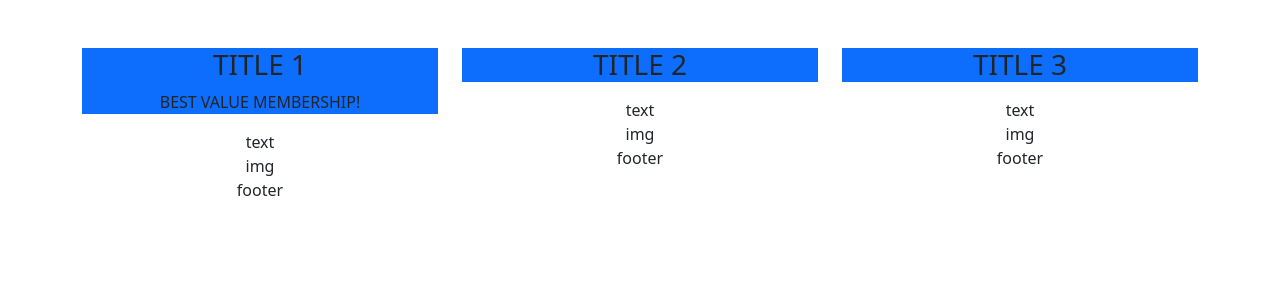
Repository: jorgi710/Prueba-Bootstrap
Page: /
The author's editor kept a copy of each file at every save. The page is drawn from the files as they stood at one save, then again after the next save.
The browser window is 1280 px wide. The pictures show the whole page.
The project was rebuilt for these pictures with package versions that can differ from the ones it lists, and the page was loaded fresh each time. Also part of the build but not shown: src/App.css.

Above is the page before, as saved 2021-03-30 10:26:53.

After the next save:
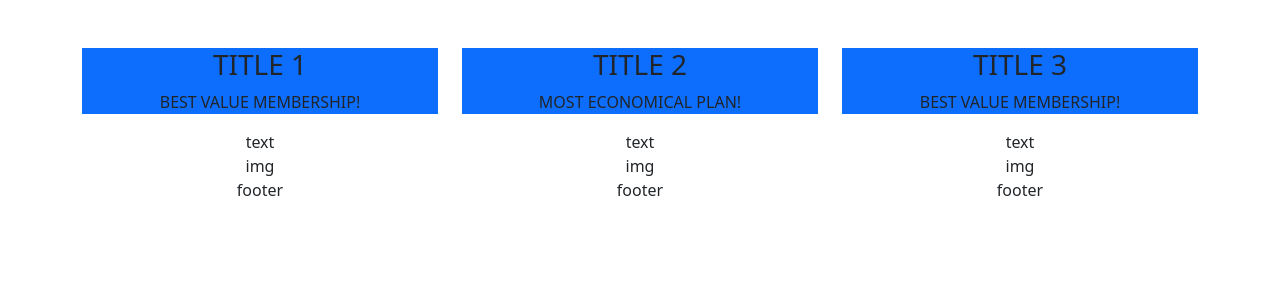
Saved 18 s later.
--- a/src/App.js
+++ b/src/App.js
@@ -14,11 +14,13 @@ function App() {
         <div className="col-4">
         <Header
           title_header = "TITLE 2"
+          parrafo_header = "MOST ECONOMICAL PLAN!"
         />
         </div>
         <div className="col-4">
         <Header
           title_header = "TITLE 3"
+          parrafo_header = "BEST VALUE MEMBERSHIP!"
         />
         </div>
       </div>
